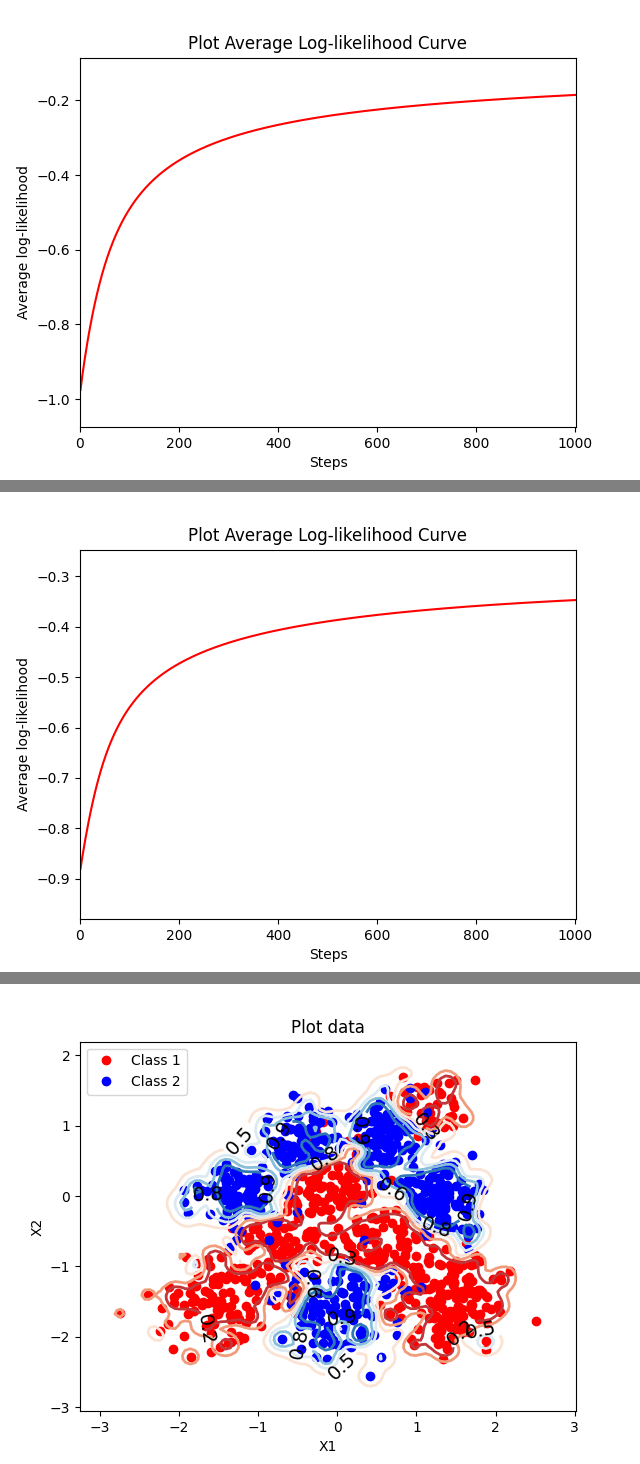
Repository: DhruvTrehan03/3F8
Script's output: python Lab.py
An editor plug-in stored every save of this project. The script's output is shown before and after the next save, followed by the edit.
Each picture stacks the figures in order, with grey between them; figures that are only written to a file come last. Random numbers start from a fixed seed.

Above is the script's output before, as saved 2024-02-16 12:59:58.

After the next save:
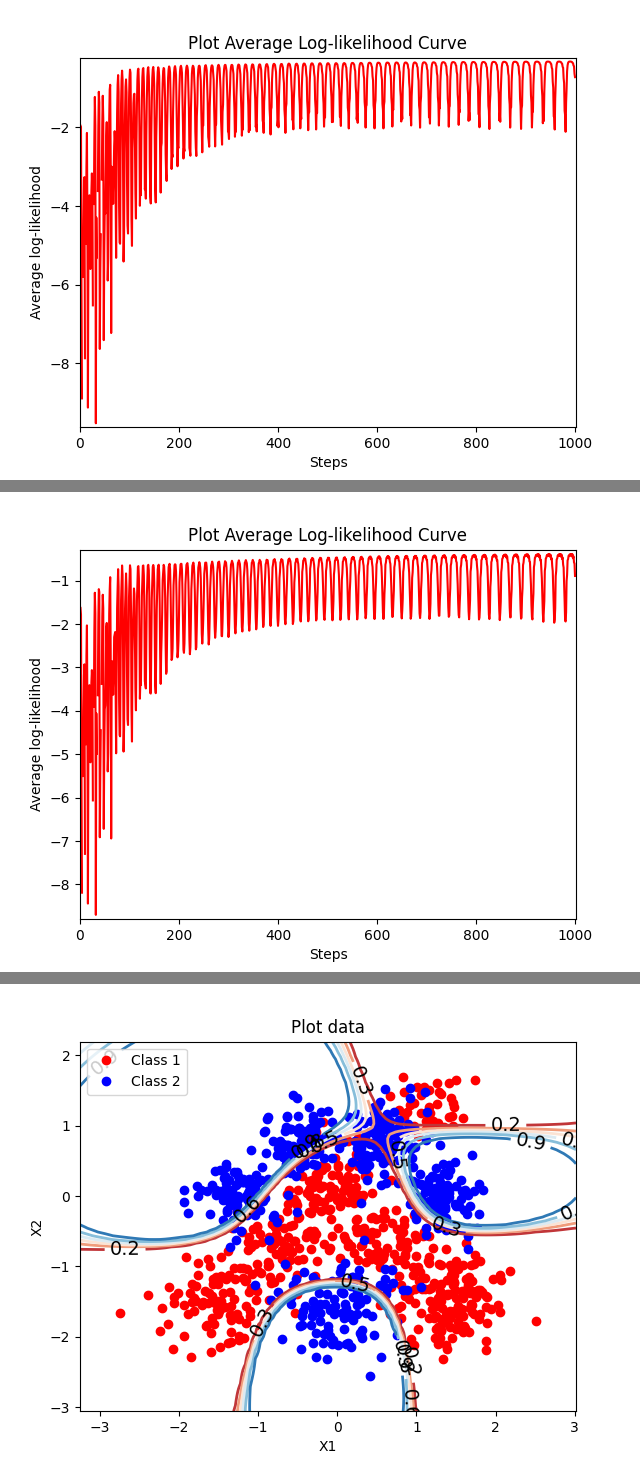
Saved 62 s later.
--- a/Lab.py
+++ b/Lab.py
@@ -122,7 +122,7 @@ y_test = y[ n_train : ]
 # plot_ll(ll_test)
 # plot_predictive_distribution(X, y, w)
 
-l = 0.1 # Width of the Gaussian basis funcction. To be completed by the student
+l = 1 # Width of the Gaussian basis funcction. To be completed by the student
 
 X_tilde_train = get_x_tilde(evaluate_basis_functions(l, X_train, X_train))
 X_tilde_test = get_x_tilde(evaluate_basis_functions(l, X_test, X_train))
